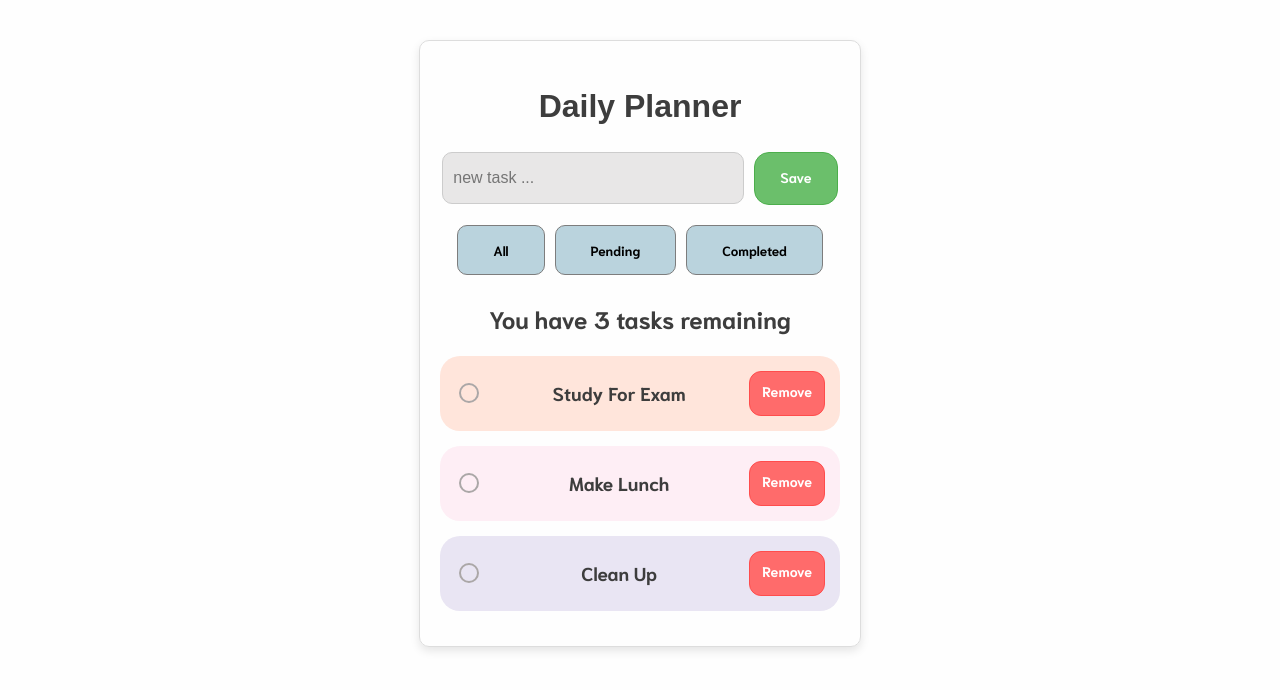
Repository: Zalida-Khan/Frontend-Lab4
Page: /
These files come from the project's save history. The page is drawn as it stood at one moment and after the next save; the edit follows.
The browser window is 1280 px wide. The pictures show the whole page.
Some web fonts or font styles are not loaded; a fallback is used. The project was rebuilt for these pictures with package versions that can differ from the ones it lists, and the page was loaded fresh each time. Also part of the build but not shown: vite.config.js.

Above is the page before, as saved 2024-10-29 23:08:01.

### index.html
<!doctype html>
<html lang="en">

<head>
  <meta charset="UTF-8" />
  <link rel="icon" type="image/svg+xml" href="/vite.svg" />
  <meta name="viewport" content="width=device-width, initial-scale=1.0" />
  <title>Daily Planner</title>
</head>

<body>
  <div id="root"></div>
  <script type="module" src="/src/main.jsx"></script>
</body>

</html>

### src/App.jsx
import "./App.css";
import React, { useState } from "react";
import Task from "./components/Task";
import TaskForm from "./components/TaskForm";

function App() {
  const [tasks, setTasks] = useState([
    { id: 1, text: "Study For Exam", completed: false },
    { id: 2, text: "Make Lunch", completed: false },
    { id: 3, text: "Clean Up", completed: false },
  ]);


  const [filter, setFilter] = useState("All");

  const addTask = (text) =>
    setTasks([...tasks, { id: Date.now(), text, completed: false }]);

  const toggleTask = (id) =>
    setTasks(
      tasks.map((task) =>
        task.id === id ? { ...task, completed: !task.completed } : task
      )
    );

  const removeTask = (id) => setTasks(tasks.filter((task) => task.id !== id));

  const handleFilterChange = (newFilter) => setFilter(newFilter);

  const filteredTasks = tasks.filter((task) => {
    if (filter === "Completed") return task.completed;
    if (filter === "Pending") return !task.completed;
    return true;
  });

  const remainingTasks = tasks.filter((task) => !task.completed).length;

  return (
    <div className="app">
      <header>
        <h1>Daily Planner</h1>
      </header>
      <TaskForm addTask={addTask} />
      <div className="filter-buttons">
        <button onClick={() => handleFilterChange("All")}>All</button>
        <button onClick={() => handleFilterChange("Pending")}>Pending</button>
        <button onClick={() => handleFilterChange("Completed")}>Completed</button>
      </div>
      <h2>
        You have {remainingTasks}{" "}
        {remainingTasks === 1 ? "task" : "tasks"} remaining
      </h2>
      <div className="task-list">
      {filteredTasks.map((task) => (
          <Task
            key={task.id}
            task={task}
            toggleTask={toggleTask}
            removeTask={removeTask}
            isDisabled={task.completed}
          />
        ))}
      </div>
    </div>
  );
}

export default App;

### src/index.css
:root {
  font-family: Inter, system-ui, Avenir, Helvetica, Arial, sans-serif;
  line-height: 1.5;
  font-weight: 400;

  color-scheme: light dark;
  color: rgba(0, 0, 0, 0.87);
  background-color: #fefefe;

  font-synthesis: none;
  text-rendering: optimizeLegibility;
  -webkit-font-smoothing: antialiased;
  -moz-osx-font-smoothing: grayscale;
}

### src/App.css
@font-face {
  font-family: "Ruska";
  src: url("../fonts/RuskaDisplay-Regular.otf") format("opentype");
  font-weight: normal;
  font-style: normal;
}

@font-face {
  font-family: "Niramit";
  src: url("../fonts/Niramit-Bold.ttf") format("truetype");
  font-weight: normal;
  font-style: normal;
}

#root {
  max-width: 1280px;
  margin: 0 auto;
  padding: 2rem;
  text-align: center;
  font-family: "Niramit", sans-serif;
  color: #3d3d3d;
}

.app {
  width: 400px;
  margin: 0 auto;
  padding: 20px;
  font-family: "Niramit", sans-serif;
  border: 1px solid #ddd;
  border-radius: 10px;
  box-shadow: 0 4px 10px rgba(0, 0, 0, 0.1);
}

h1 {
  font-family: "Ruska", sans-serif;
  font-weight: 50px;
  color: #3d3d3d;
}

.task-list {
  margin-top: 20px;
}

.task {
  display: flex;
  align-items: center;
  justify-content: space-between;
  margin-bottom: 15px;
  padding: 15px;
  border-radius: 20px;
  font-family: "Niramit", sans-serif;
}

.task:nth-child(6n+1) {
  background-color: #ffe5db;
}

.task:nth-child(6n+2) {
  background-color: #feeef5;
}

.task:nth-child(6n+3) {
  background-color: #e9e5f3;
}

.task:nth-child(6n+4) {
  background-color: #e0edf4;
}

.task:nth-child(6n+5) {
  background-color: #f0f8e6;
}

.task:nth-child(6n) {
  background-color: #fbfbef;
}

.task h3 {
  margin: 0;
  flex-grow: 1;
  text-decoration: none;
  font-family: "Niramit", sans-serif;
}

.task.completed h3 {
  text-decoration: line-through 2px solid;
}

.checkmark {
  appearance: none;
  width: 20px;
  height: 20px;
  border-radius: 50%;
  border: 2px solid #aba7a7;
  background-color: transparent;
  display: flex;
  align-items: center;
  justify-content: center;
  cursor: pointer;
  margin-right: 10px;
}

.checkmark:checked {
  background-color: #c6eada;
  border: 2px solid #198754;
}

.checkmark:checked::after {
  content: '✔️';
  color: #3d3d3d;
}

.checkmark:disabled {
  cursor: not-allowed;
  background-color: #d3d3d3;
  border-color: #d3d3d3;
}

.delete-btn {
  padding: 10px 12px;
  border-radius: 12px;
  padding-bottom: 15px;
  font-family: "Niramit", sans-serif;
  background-color: #ff6b6b;
  border: 1px solid #ff4c4c;
  color: white;
  cursor: pointer;
  font-size: 14px;
  transition: background-color 0.3s;
}

.delete-btn:hover {
  background-color: #ff4c4c;
}

.save-btn {
  padding: 15px 25px;
  border-radius: 15px;
  padding-bottom: 18px;
  background-color: #6bbf6b;
  border: 1px solid #4cae4c;
  font-family: "Niramit", sans-serif;
  color: white;
  cursor: pointer;
  font-size: 14px;
  transition: background-color 0.3s;
}

.save-btn:hover {
  background-color: #4cae4c;
}

.input-field {
  width: 70%;
  height: 30px;
  padding: 10px;
  border-radius: 10px;
  background-color: #e8e7e7;
  margin-right: 10px;
  border: 1px solid #ccc;
  font-size: 16px;
  outline: none;
  color: black;
  transition: border-color 0.3s;
}

.input-field:focus {
  border-color: #000000;
}

.filter-buttons {
  margin-top: 15px;
}

.filter-buttons button {
  padding: 15px 35px;
  border: 1px solid #7d7d7d;
  border-radius: 10px;
  background-color: #bad3dd;
  font-family: "Niramit", sans-serif;
  cursor: pointer;
  transition: background-color 0.3s, color 0.3s;
  margin: 5px;
}

.filter-buttons button:hover {
  background-color: #9799b5;
}

.filter-buttons .active {
  background-color: #01543e;
  color: white;
}

### src/components/Task.jsx
import React from 'react';

function Task({ task, toggleTask, removeTask, isDisabled }) {
  return (
    <div className={`task ${task.completed ? 'completed' : ''}`}>
      <label className="checkmark-label"/>
      <input className="checkmark" type="checkbox" checked={task.completed} onChange={() => toggleTask(task.id)}
      disabled={isDisabled} />
      <h3>{task.text}</h3>
      <button className="delete-btn" onClick={() => removeTask(task.id)}>Remove</button>
    </div>
  );
}

export default Task;

### src/components/TaskForm.jsx
import React, { useState } from 'react';

function TaskForm({ addTask }) {
  const [text, setText] = useState('');

  const handleSubmit = (e) => {
    e.preventDefault();
    if (text.trim()) {
      addTask(text);
      setText('');
    }
  };

  return (
    <form onSubmit={handleSubmit}>
      <input className="input-field" type="text" value={text} onChange={(e) => setText(e.target.value)} placeholder="new task ..." />
      <button className="save-btn" type="submit">Save</button>
    </form>
  );
}

export default TaskForm;

Loaded but not shown: src/main.jsx (common file)

After the next save:
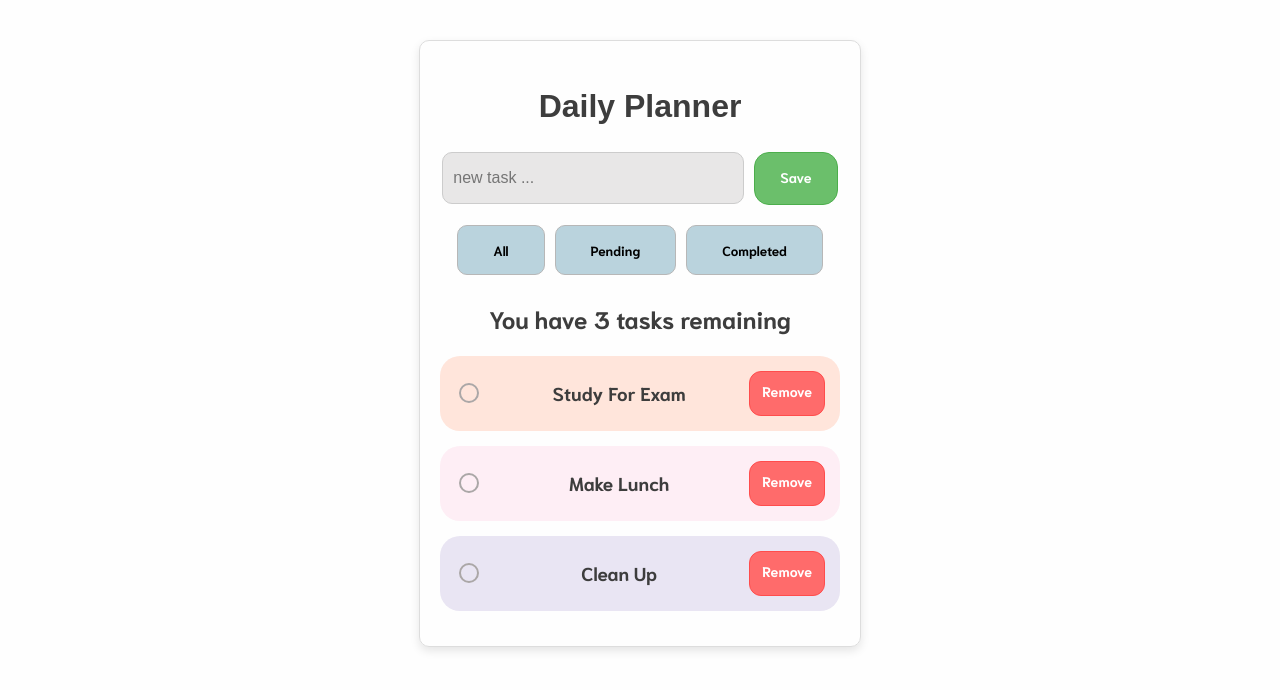
Saved 5 s later.
--- a/src/App.css
+++ b/src/App.css
@@ -174,7 +174,7 @@ h1 {
 
 .filter-buttons button {
   padding: 15px 35px;
-  border: 1px solid #7d7d7d;
+  border: 1px solid #b7b7b7;
   border-radius: 10px;
   background-color: #bad3dd;
   font-family: "Niramit", sans-serif;
